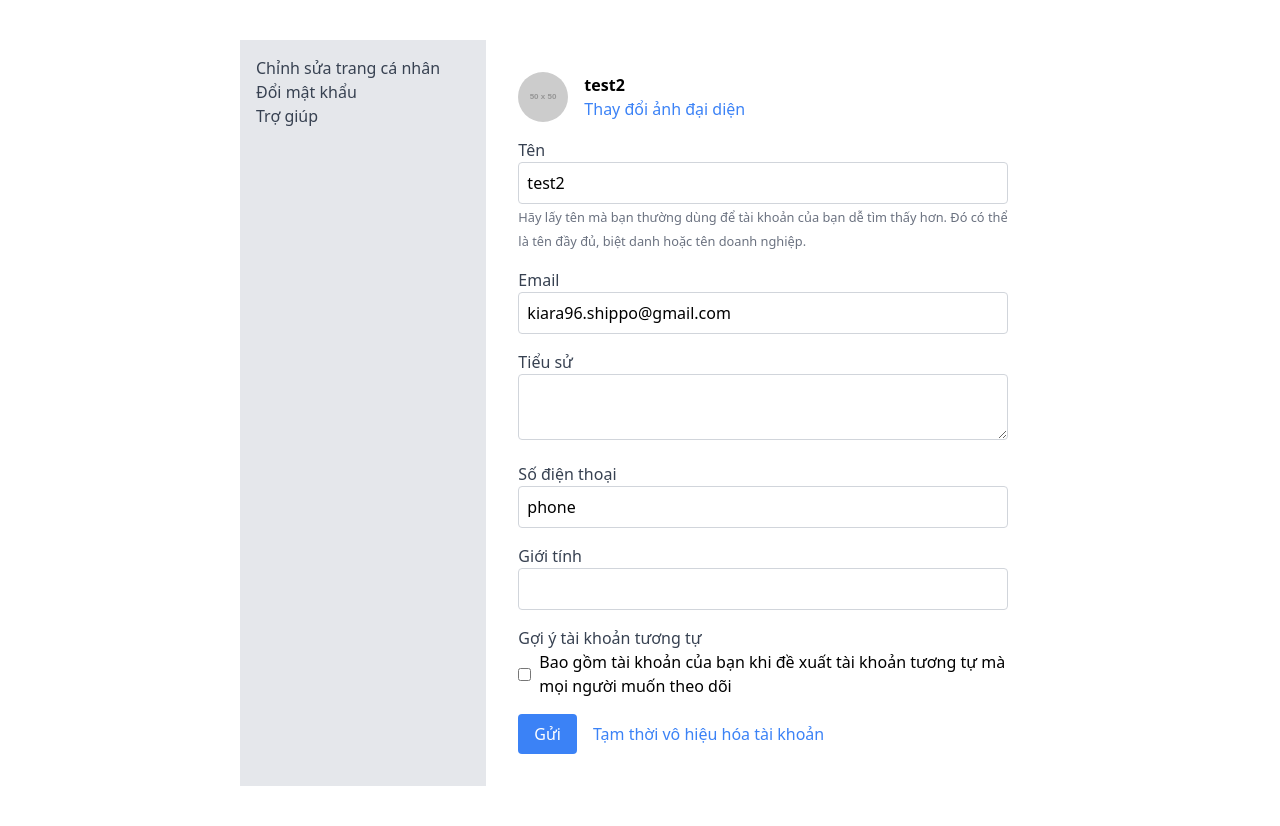
Repository: DangNgocDuong250903/2425_CS445AC_NHOM1
Page: /update_user (app in social_fe/)
An editor plug-in stored every save of this project. The page is shown before and after a run of saves, followed by the edit.
The browser window is 1280 px wide. The pictures show the whole page.
The project was rebuilt for these pictures with package versions that can differ from the ones it lists, and the page was loaded fresh each time. Also part of the build but not shown: social_fe/vite.config.js, social_fe/src/components/Button/index.jsx, social_fe/src/assets/index.js, social_fe/src/components/FriendCard/index.jsx, social_fe/src/components/Loading/index.jsx, social_fe/src/components/PostCard/index.jsx, social_fe/src/components/ProfileCard/index.jsx, social_fe/src/components/TextInput/index.jsx and 8 more.

Above is the page before, as saved 2024-11-05 10:56:51.

### social_fe/index.html
<!DOCTYPE html>
<html lang="en">
  <head>
    <meta charset="UTF-8" />
    <link rel="icon" type="image/svg+xml" href="/public/logo.svg" />
    <meta name="viewport" content="width=device-width, initial-scale=1.0" />
    <title>LinkVerse</title>
  </head>
  <body>
    <div id="root"></div>
    <script type="module" src="/src/main.jsx"></script>
  </body>
</html>

### social_fe/src/main.jsx
import { StrictMode } from "react";
import { createRoot } from "react-dom/client";
import App from "./App.jsx";
import "./index.css";
import { store } from "./redux/store.js";
import { Provider } from "react-redux";
import { BrowserRouter } from "react-router-dom";

createRoot(document.getElementById("root")).render(
  <StrictMode>
    <Provider store={store}>
      <BrowserRouter>
        <App />
      </BrowserRouter>
    </Provider>
  </StrictMode>,
);

### social_fe/src/App.jsx
import { Outlet, Navigate, Route, Routes, useLocation } from "react-router-dom";
import {
  Home,
  Profile,
  Register,
  Login,
  ResetPassword,
  NotFound,
} from "./pages";
import { useSelector } from "react-redux";
import UpdateUser from "./pages/ProfilePage/updateUser";

const Layout = () => {
  const { user } = useSelector((state) => state.user);
  const location = useLocation();

  return user?.token ? (
    <Outlet />
  ) : (
    <Navigate to="/login" state={{ from: location }} replace />
  );
};

function App() {
  const { theme } = useSelector((state) => state.theme);

  return (
    <div data-theme={theme} className="w-full min-h-[100vh]">
      <Routes>
        <Route element={<Layout />}>
          <Route path="/" element={<Home />} />
          <Route path="/profile" element={<Profile />} />
          <Route path="/update_user" element={<UpdateUser />} />


        </Route>

        <Route path="/register" element={<Register />} />
        <Route path="/login" element={<Login />} />
        <Route path="/reset-password" element={<ResetPassword />} />
        <Route path="*" element={<NotFound />} />
      </Routes>
    </div >
  );
}

export default App;

### social_fe/src/index.css
@tailwind base;
@tailwind components;
@tailwind utilities;

::-webkit-scrollbar {
    display: none;
     -ms-overflow-style: none;  /* IE and Edge */
    scrollbar-width: none;
  }

  .topbar{
  position: sticky;
  top: 0px;
  z-index: 49;
  }


  .dots-container {
    display: flex;
    align-items: center;
    justify-content: center;
    height: 100%;
    width: 100%;
    margin-bottom: 5px;
  }

  .dot {
    height: 12px;
    width: 12px;
    margin-right: 10px;
    border-radius: 10px;
    background-color: #fff;
    animation: pulse 1.5s infinite ease-in-out;
  }

  .dot:last-child {
    margin-right: 0;
  }

  .dot:nth-child(1) {
    animation-delay: -0.3s;
  }

  .dot:nth-child(2) {
    animation-delay: -0.1s;
  }

  .dot:nth-child(3) {
    animation-delay: 0.1s;
  }

  @keyframes pulse {
    0% {
      transform: scale(0.8);
      background-color: #b3d4fc;
      box-shadow: 0 0 0 0 rgba(178, 212, 252, 0.7);
    }

    50% {
      transform: scale(1.2);
      background-color: #4b79e4;
      box-shadow: 0 0 0 10px rgba(178, 212, 252, 0);
    }

    100% {
      transform: scale(0.8);
      background-color: #2584f8;
      box-shadow: 0 0 0 0 rgba(178, 212, 252, 0.7);
    }
  }

  @layer base {
    :root {
      --color-bg: 227 227 227;
      --color-primary: 255 255 255;
      --color-secondary:255 255 255;
      --color-ascent1: 0 0 0;
      --color-ascent2: 89 91 100;
      --color-blue: 6 90 216;
      --color-white: 255 255 255;

    }
    /* //15 23 42  21 30 49*/
    [data-theme="dark"] {
       --color-bg: 12 12 12;
       --color-primary: 31 31 31;
      --color-secondary: 47 45 48;
      --color-ascent1: 255 255 255;
      --color-ascent2: 164 161 162;
      --color-blue: 6 90 216;
      /* //16 176 255; */
      --color-white: 255 255 255;
    }
  }

### social_fe/src/redux/store.js
import { configureStore } from "@reduxjs/toolkit";

import { rootReducer } from "./reducer";

const store = configureStore({
  reducer: rootReducer,
});

const { dispatch } = store;

export { store, dispatch };

### social_fe/src/pages/index.js
import Home from "./HomePage";
import Login from "./LoginPage";
import NotFound from "./NotFoundPage";
import Profile from "./ProfilePage";
import Register from "./RegisterPage";
import ResetPassword from "./ResetPasswordPage";

export { Home, Login, NotFound, Profile, Register, ResetPassword };

### social_fe/src/pages/ProfilePage/updateUser.jsx
import React, { useState } from 'react';
import { Link } from 'react-router-dom';

const UpdateUser = () => {
    const [selectedLink, setSelectedLink] = useState(null);
    const handleLinkClick = (linkIndex) => {
        setSelectedLink(linkIndex);
    };
    return (
        <div className="flex w-[800px] mx-auto pt-10 pb-10">
            <div className="w-1/3 p-4 bg-gray-200">
                <ul className="flex flex-col">
                    <li>
                        <Link
                            href="#"
                            onClick={() => handleLinkClick(1)}
                            className={`mb-4 ${selectedLink === 1 ? 'text-blue-500' : 'text-gray-700'}`}
                        >
                            Chỉnh sửa trang cá nhân
                        </Link>
                    </li>
                    <li>
                        <Link
                            href="#"
                            onClick={() => handleLinkClick(2)}
                            className={`mb-4 ${selectedLink === 2 ? 'text-blue-500' : 'text-gray-700'}`}
                        >
                            Đổi mật khẩu
                        </Link>
                    </li>
                    <li>
                        <Link
                            href="#"
                            onClick={() => handleLinkClick(3)}
                            className={`mb-4 ${selectedLink === 3 ? 'text-blue-500' : 'text-gray-700'}`}
                        >
                            Trợ giúp
                        </Link>
                    </li>
                </ul>
            </div>
            <div className="w-3/4 p-8">
                <div className="flex items-center mb-4">
                    <img src="https://placehold.co/50x50" alt="User avatar" className="mr-4 rounded-full" />
                    <div>
                        <div className="font-bold">test2</div>
                        <a href="#" className="text-blue-500">Thay đổi ảnh đại diện</a>
                    </div>
                </div>
                <form>
                    <div className="mb-4">
                        <label className="block text-gray-700">Tên</label>
                        <input type="text" value="test2" className="w-full p-2 border border-gray-300 rounded" />
                        <small className="text-gray-500">Hãy lấy tên mà bạn thường dùng để tài khoản của bạn dễ tìm thấy hơn. Đó có thể là tên đầy đủ, biệt danh hoặc tên doanh nghiệp.</small>
                    </div>
                    <div className="mb-4">
                        <label className="block text-gray-700">Email</label>
                        <input type="email" value="kiara96.shippo@gmail.com" className="w-full p-2 border border-gray-300 rounded" />
                    </div>
                    <div className="mb-4">
                        <label className="block text-gray-700">Tiểu sử</label>
                        <textarea className="w-full p-2 border border-gray-300 rounded"></textarea>
                    </div>
                    <div className="mb-4">
                        <label className="block text-gray-700">Số điện thoại</label>
                        <input type="text" value="phone" className="w-full p-2 border border-gray-300 rounded" />
                    </div>
                    <div className="mb-4">
                        <label className="block text-gray-700">Giới tính</label>
                        <input type="text" className="w-full p-2 border border-gray-300 rounded" />
                    </div>
                    <div className="mb-4">
                        <label className="block text-gray-700">Gợi ý tài khoản tương tự</label>
                        <div className="flex items-center">
                            <input type="checkbox" className="mr-2" />
                            <span>Bao gồm tài khoản của bạn khi đề xuất tài khoản tương tự mà mọi người muốn theo dõi</span>
                        </div>
                    </div>
                    <div className="flex items-center">
                        <button type="submit" className="px-4 py-2 mr-4 text-white bg-blue-500 rounded">Gửi</button>
                        <button type="button" className="text-blue-500">Tạm thời vô hiệu hóa tài khoản</button>
                    </div>
                </form>
            </div>
        </div>
    );
};

export default UpdateUser;

### social_fe/src/redux/reducer.js
import { combineReducers } from "@reduxjs/toolkit";

import postSlice from "./Slices/postSlice";
import themeSlice from "./Slices/theme";
import userSlice from "./Slices/userSlice";

const rootReducer = combineReducers({
  user: userSlice,
  theme: themeSlice,
  posts: postSlice,
});

export { rootReducer };

### social_fe/src/redux/Slices/postSlice.js
import { createSlice } from "@reduxjs/toolkit";

const initialState = {
  posts: {},
};

const postSlice = createSlice({
  name: "post",
  initialState,
  reducers: {
    getPosts(state, action) {
      state.posts = action.payload;
    },
  },
});

export default postSlice.reducer;

export function SetPosts(post) {
  return (dispatch) => {
    dispatch(postSlice.actions.getPosts(post));
  };
}

### social_fe/src/redux/Slices/theme.js
import { createSlice } from "@reduxjs/toolkit";

const initialState = {
  theme: JSON.parse(window?.localStorage.getItem("theme")) ?? "dark",
};

const themeSlice = createSlice({
  name: "theme",
  initialState,
  reducers: {
    setTheme(state, action) {
      state.theme = action.payload;
      localStorage.setItem("theme", JSON.stringify(action.payload));
    },
  },
});

export default themeSlice.reducer;

export function SetTheme(value) {
  return (dispatch) => {
    dispatch(themeSlice.actions.setTheme(value));
  };
}

### social_fe/src/redux/Slices/userSlice.js
import { createSlice } from "@reduxjs/toolkit";

import { user } from "../../assets/data";

const initialState = {
  user: JSON.parse(window?.localStorage.getItem("user")) ?? user,
  edit: false,
};

const userSlice = createSlice({
  name: "user",
  initialState,
  reducers: {
    login(state, action) {
      state.user = action.payload;
      localStorage.setItem("user", JSON.stringify(action.payload));
    },
    logout(state) {
      state.user = null;
      localStorage?.removeItem("user");
    },
    updateProfile(state, action) {
      state.edit = action.payload;
    },
  },
});
export default userSlice.reducer;

export function UserLogin(user) {
  return (dispatch) => {
    dispatch(userSlice.actions.login(user));
  };
}

export function Logout() {
  return (dispatch) => {
    dispatch(userSlice.actions.logout());
  };
}

export function UpdateProfile(val) {
  return (dispatch) => {
    dispatch(userSlice.actions.updateProfile(val));
  };
}

### social_fe/tailwind.config.js
/** @type {import('tailwindcss').Config} */
export default {
  content: [
    "./index.html",
    "./src/**/*.{js,ts,jsx,tsx}",
  ],
  theme: {
    extend: {
      colors: {
        bgColor: "rgb(var(--color-bg) / <alpha-value>)",
        primary: "rgb(var(--color-primary) / <alpha-value>)",
        secondary: "rgb(var(--color-secondary) / <alpha-value>)",
        customBlue: "rgb(var(--color-blue) / <alpha-value>)",
        white: "rgb(var(--color-white) / <alpha-value>)",
        ascent: {
          1: "rgb(var(--color-ascent1) / <alpha-value>)",
          2: "rgb(var(--color-ascent2) / <alpha-value>)",
        },
      },
      screens: {
        sm: "640px",

        md: "768px",

        lg: "1024px",

        xl: "1280px",

        "2xl": "1536px",
      },
      extend: {
      },
    },
    plugins: [],
  }
}

Loaded but not shown: social_fe/src/assets/data.js (508 lines, source omitted)

After the next 6 saves:
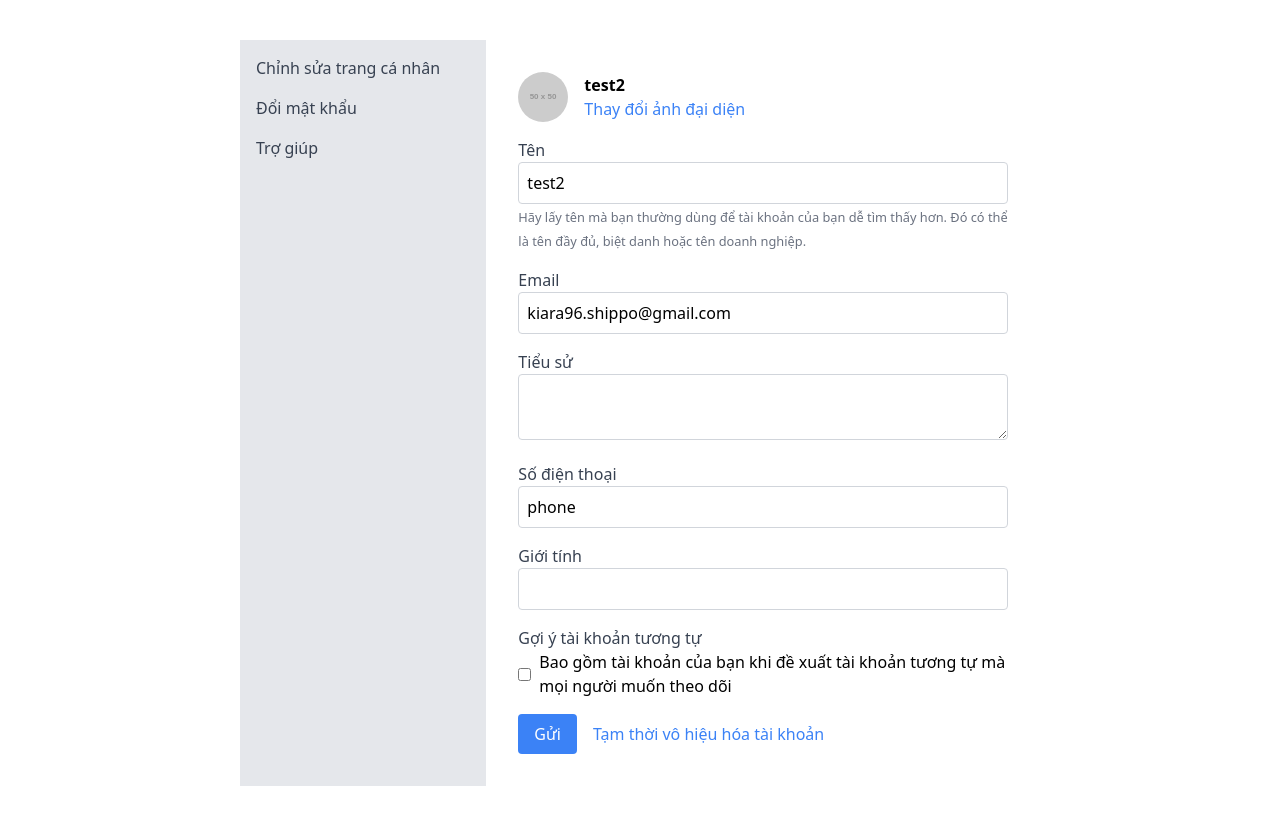
The 6 saves are shown as one change because they came seconds apart.
The last was saved 39 s later.
--- a/social_fe/src/pages/ProfilePage/updateUser.jsx
+++ b/social_fe/src/pages/ProfilePage/updateUser.jsx
@@ -10,33 +10,33 @@ const UpdateUser = () => {
         <div className="flex w-[800px] mx-auto pt-10 pb-10">
             <div className="w-1/3 p-4 bg-gray-200">
                 <ul className="flex flex-col">
-                    <li>
-                        <Link
-                            href="#"
-                            onClick={() => handleLinkClick(1)}
-                            className={`mb-4 ${selectedLink === 1 ? 'text-blue-500' : 'text-gray-700'}`}
-                        >
-                            Chỉnh sửa trang cá nhân
-                        </Link>
-                    </li>
-                    <li>
-                        <Link
-                            href="#"
-                            onClick={() => handleLinkClick(2)}
-                            className={`mb-4 ${selectedLink === 2 ? 'text-blue-500' : 'text-gray-700'}`}
-                        >
-                            Đổi mật khẩu
-                        </Link>
-                    </li>
-                    <li>
-                        <Link
-                            href="#"
-                            onClick={() => handleLinkClick(3)}
-                            className={`mb-4 ${selectedLink === 3 ? 'text-blue-500' : 'text-gray-700'}`}
-                        >
-                            Trợ giúp
-                        </Link>
-                    </li>
+
+                    <Link
+                        href="#"
+                        onClick={() => handleLinkClick(1)}
+                        className={`mb-4 ${selectedLink === 1 ? 'text-blue-500' : 'text-gray-700'}`}
+                    >
+                        Chỉnh sửa trang cá nhân
+                    </Link>
+
+
+                    <Link
+                        href="#"
+                        onClick={() => handleLinkClick(2)}
+                        className={`mb-4 ${selectedLink === 2 ? 'text-blue-500' : 'text-gray-700'}`}
+                    >
+                        Đổi mật khẩu
+                    </Link>
+
+
+                    <Link
+                        href="#"
+                        onClick={() => handleLinkClick(3)}
+                        className={`mb-4 ${selectedLink === 3 ? 'text-blue-500' : 'text-gray-700'}`}
+                    >
+                        Trợ giúp
+                    </Link>
+
                 </ul>
             </div>
             <div className="w-3/4 p-8">
